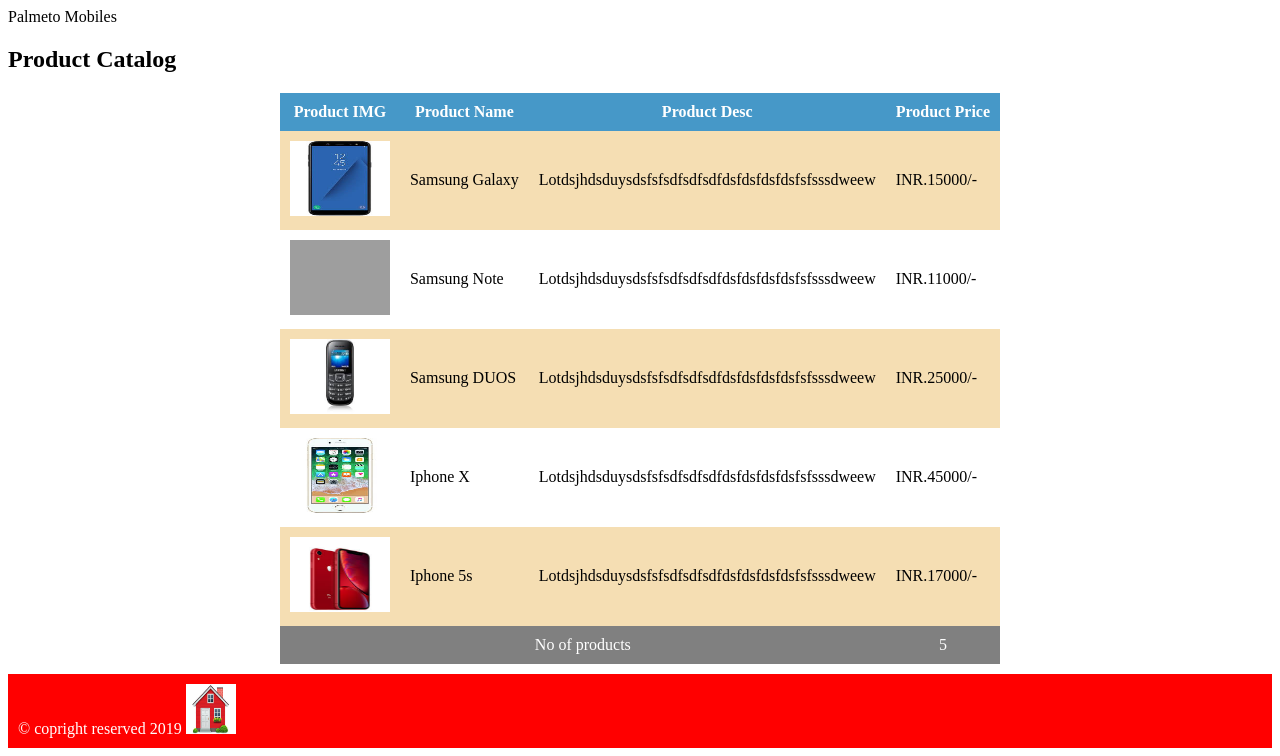
Repository: abhishekj720/HSBCLearn
Page: html/HtmlCssDemo/WebContent/Catalogue.html
The author's editor kept a copy of each file at every save. The page is drawn from the files as they stood at one save, then again after the next save.
The browser window is 1280 px wide. The pictures show the whole page.
Pictures or frames that could not be fetched are drawn as grey boxes.

Above is the page before, as saved 2019-07-29 08:01:44.

After the next save:
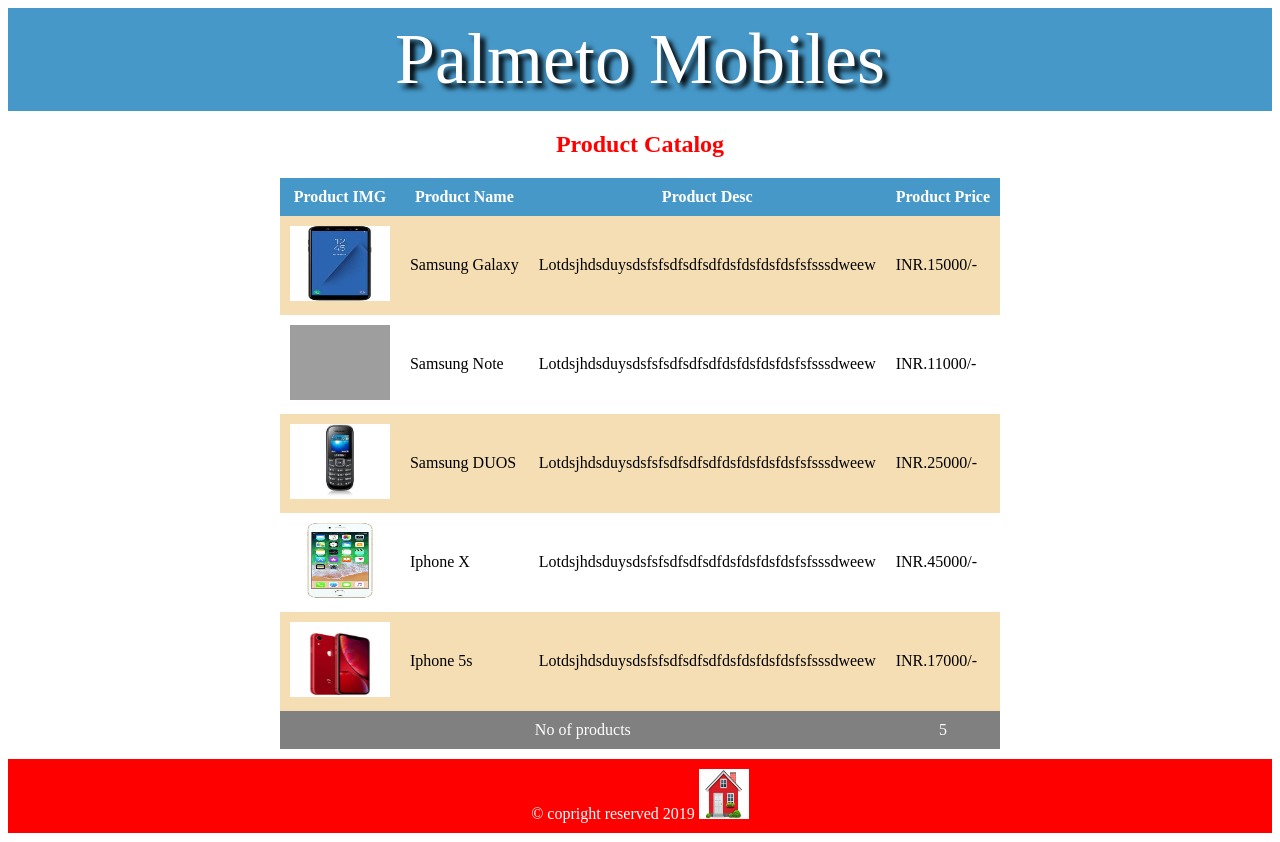
Saved 29 s later.
--- a/html/HtmlCssDemo/WebContent/Catalogue.html
+++ b/html/HtmlCssDemo/WebContent/Catalogue.html
@@ -3,6 +3,7 @@
 <head>
 <meta charset="UTF-8" keywords="palmeto, corporate training">
 <title>Palmeto - Catalog</title>
+<link href="hsbc.css" rel=stylesheet>
 <link href="Catalog.css" rel=stylesheet>
 <link href="images/logo.png" rel="icon">
 
